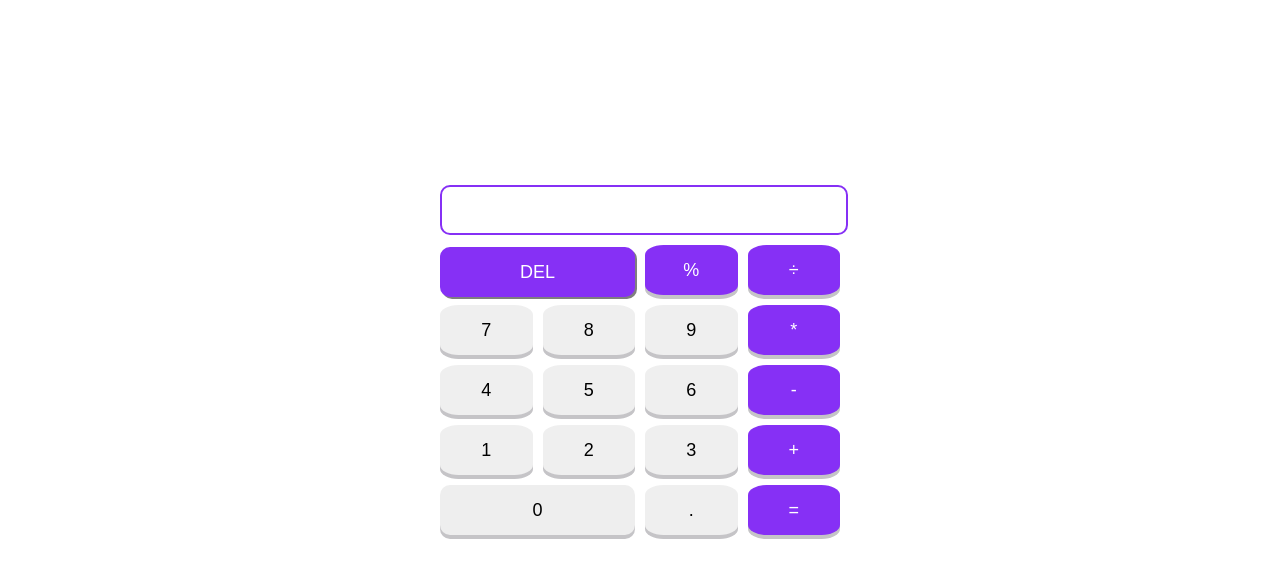
Repository: zlazlazla35/calculator
Page: /, after clicking the first element matching `button.sc-fhHczv`
The author's editor kept a copy of each file at every save. The page is drawn from the files as they stood at one save, then again after the next save.
The browser window is 1280 px wide. The pictures show the whole page.
The project was rebuilt for these pictures with package versions that can differ from the ones it lists, and the page was loaded fresh each time.

Above is the page before, as saved 2024-10-15 16:19:39.

After the next save:
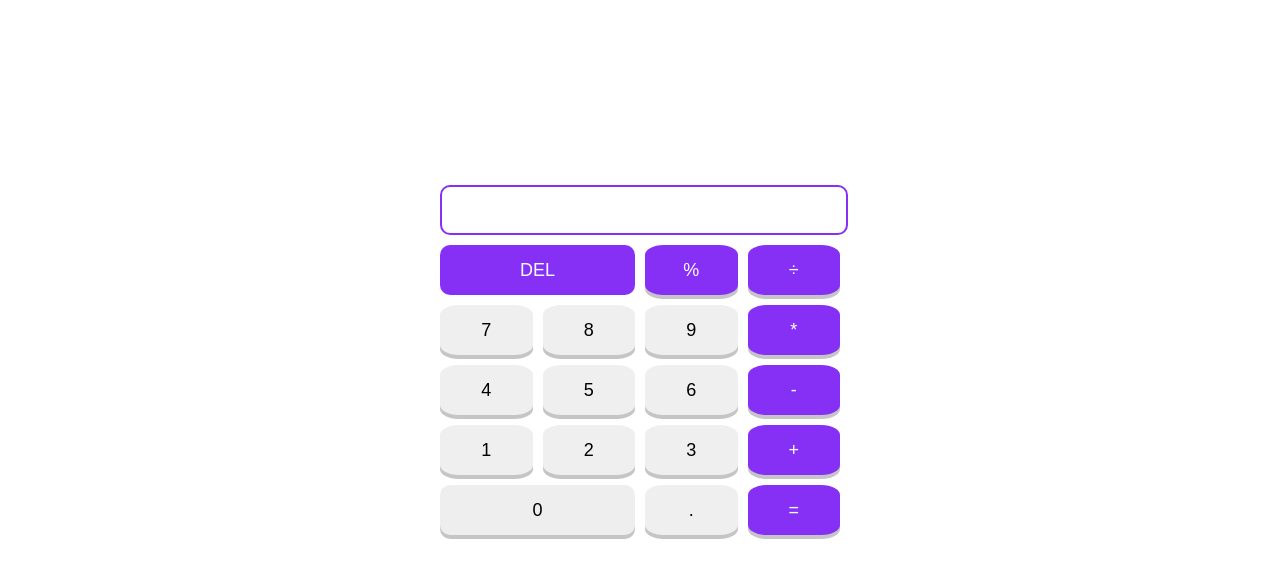
Saved 25 s later.
--- a/src/App.css
+++ b/src/App.css
@@ -40,7 +40,4 @@
 .contents {width: 100%; max-width: 400px; }
 input {width: 100%; height: 44px; margin-bottom: 10px; border: 2px solid #8630f5; border-radius: 10px;}
 input:focus {outline: #8630f5; }
-.active {   box-shadow: 2px 2px 0 rgb(0,0,0,0.5) !important;
-  position: relative;
-  top:2px;
-}
+.active { box-shadow: 0 0 #73B9C9 !important; background-color: #70B4C4;}
